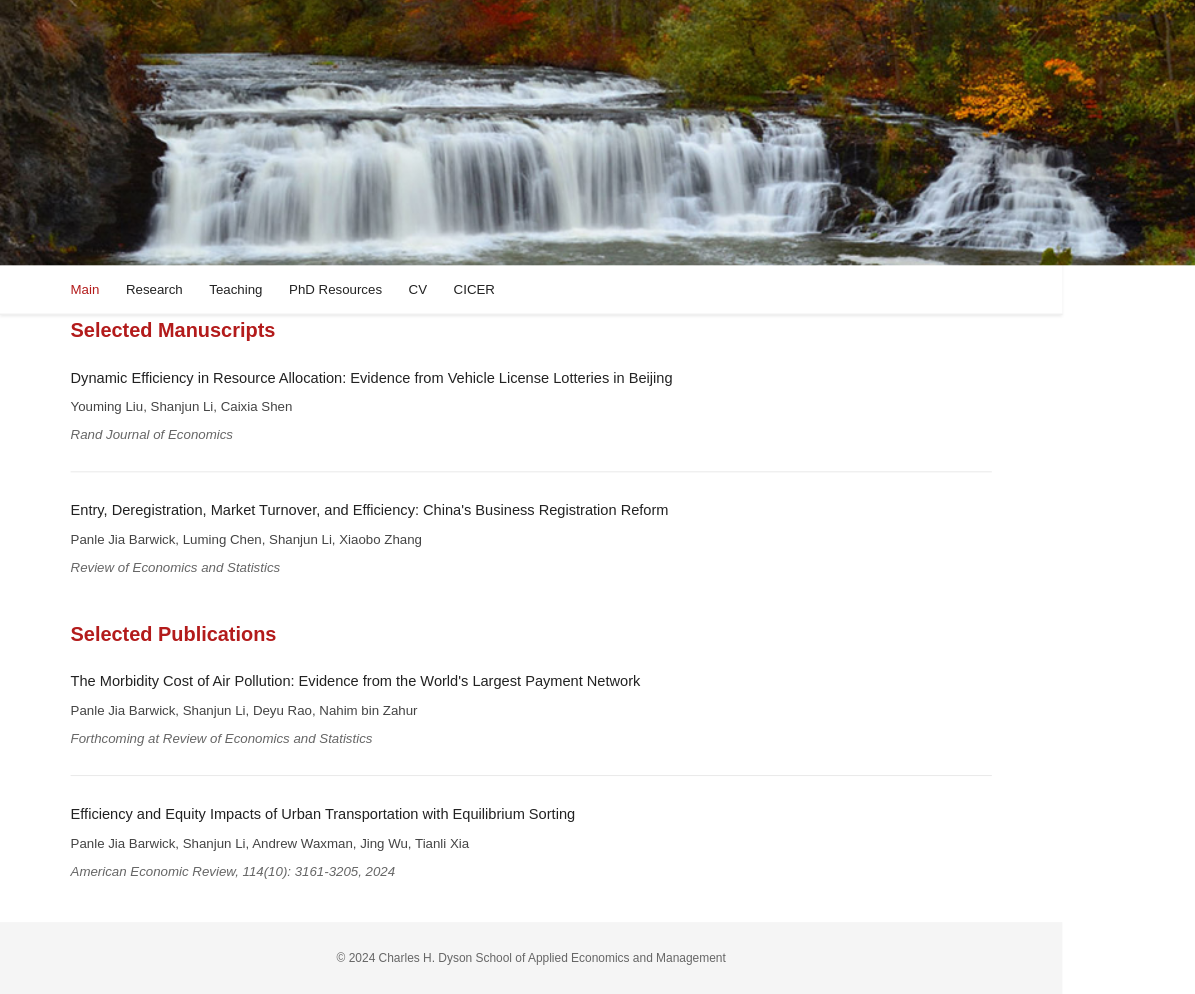
Repository: huang-heavenly-Emperor/k1_project
Page: index.html
These files come from the project's save history. The page is drawn as it stood at one moment and after a run of saves; the edit follows.
The browser window is 1280 px wide. The page is 1440 px wide, so the pictures cover 1440 px, including what lies to the right of the window. The pictures show the whole page, at 83% of full size.

Above is the page before, as saved 2024-11-17 04:57:02.

### index.html
<!DOCTYPE html>
<html lang="en">
<head>
    <meta charset="UTF-8">
    <meta name="viewport" content="width=device-width, initial-scale=1.0">
    <title>Academic Homepage</title>
    <link rel="stylesheet" href="reset.css">
    <link rel="stylesheet" href="index.css">
</head>
<body>
    <header>
        <div class="banner">
            <img src="./images/Waterfall.jpg" alt="Scenic waterfall with autumn foliage">
        </div>
        <nav>
            <div class="container">
                <ul>
                    <li><a href="./page2.html" class="active">Main</a></li>
                    <li><a href="./research.html">Research</a></li>
                    <li><a href="#">Teaching</a></li>
                    <li><a href="#">PhD Resources</a></li>
                    <li><a href="#">CV</a></li>
                    <li><a href="#">CICER</a></li>
                </ul>
            </div>
        </nav>
    </header>

    <main class="container">
        <section class="manuscripts">
            <h2>Selected Manuscripts</h2>
            <ul>
                <li>
                    <p class="title">Dynamic Efficiency in Resource Allocation: Evidence from Vehicle License Lotteries in Beijing</p>
                    <p class="authors">Youming Liu, Shanjun Li, Caixia Shen</p>
                    <p class="journal">Rand Journal of Economics</p>
                </li>
                <li>
                    <p class="title">Entry, Deregistration, Market Turnover, and Efficiency: China's Business Registration Reform</p>
                    <p class="authors">Panle Jia Barwick, Luming Chen, Shanjun Li, Xiaobo Zhang</p>
                    <p class="journal">Review of Economics and Statistics</p>
                </li>
            </ul>
        </section>

        <section class="publications">
            <h2>Selected Publications</h2>
            <ul>
                <li>
                    <p class="title">The Morbidity Cost of Air Pollution: Evidence from the World's Largest Payment Network</p>
                    <p class="authors">Panle Jia Barwick, Shanjun Li, Deyu Rao, Nahim bin Zahur</p>
                    <p class="journal">Forthcoming at Review of Economics and Statistics</p>
                </li>
                <li>
                    <p class="title">Efficiency and Equity Impacts of Urban Transportation with Equilibrium Sorting</p>
                    <p class="authors">Panle Jia Barwick, Shanjun Li, Andrew Waxman, Jing Wu, Tianli Xia</p>
                    <p class="journal">American Economic Review, 114(10): 3161-3205, 2024</p>
                </li>
            </ul>
        </section>
    </main>

    <footer>
        <div class="container">
            <p>© 2024 Charles H. Dyson School of Applied Economics and Management</p>
        </div>
    </footer>
</body>
</html>

### reset.css
/* Reset CSS */
*, *::before, *::after {
    margin: 0;
    padding: 0;
    box-sizing: border-box;
}

html, body {
    height: 100%;
    font-size: 16px;
    line-height: 1.5;
    -webkit-font-smoothing: antialiased;
    -moz-osx-font-smoothing: grayscale;
}

body {
    font-family: Arial, sans-serif;
    color: #333;
}

ul, ol {
    list-style: none;
}

a {
    text-decoration: none;
    color: inherit;
}

img {
    max-width: 100%;
    height: auto;
    display: block;
}

button, input, select, textarea {
    font: inherit;
    color: inherit;
}

h1, h2, h3, h4, h5, h6 {
    font-size: inherit;
    font-weight: inherit;
}

### index.css
/* Base Styles */
:root {
  --primary-color: #B31B1B;
  --text-color: #222;
  --link-color: #0076BB;
  --background-color: #fff;
  --border-color: #e5e5e5;
}

body {
  font-family: Arial, sans-serif;
  line-height: 1.6;
  color: var(--text-color);
  background-color: var(--background-color);
}

.container {
  max-width: 1150px;
  padding: 0 20px;
  margin: 0 auto;
}

/* Header Styles */
header {
  position: relative;
  box-shadow: 0 2px 4px rgba(0, 0, 0, 0.1);
}

.banner {
  width: 1440px;
  height: 320px;
  margin: 0 auto;
  overflow: hidden;
  position: relative;
}

.banner img {
  width: 100%;
  height: 100%;
  object-fit: cover;
}

/* Navigation Styles */
nav {
  background-color: var(--background-color);
  border-bottom: 1px solid var(--border-color);
}

nav ul {
  display: flex;
  justify-content: flex-start;
  gap: 2rem;
  padding: 1rem 0;
  list-style: none;
}

nav a {
  text-decoration: none;
  color: var(--text-color);
  font-weight: 500;
  padding: 0.5rem 0;
  transition: color 0.3s;
}

nav a:hover,
nav a.active {
  color: var(--primary-color);
}

/* Main Content Styles */
main {
  padding: 3rem 0;
}

section {
  margin-bottom: 3rem;
}

h2 {
  font-size: 1.5rem;
  font-weight: 600;
  margin-bottom: 1.5rem;
  color: var(--primary-color);
}

.manuscripts ul,
.publications ul {
  list-style: none;
  display: flex;
  flex-direction: column;
  gap: 2rem;
}

.manuscripts li,
.publications li {
  padding-bottom: 2rem;
  border-bottom: 1px solid var(--border-color);
}

.manuscripts li:last-child,
.publications li:last-child {
  border-bottom: none;
  padding-bottom: 0;
}

.title {
  font-size: 1.1rem;
  font-weight: 500;
  margin-bottom: 0.5rem;
}

.authors {
  color: #444;
  margin-bottom: 0.5rem;
}

.journal {
  color: #666;
  font-style: italic;
}

/* Footer Styles */
footer {
  background-color: #f5f5f5;
  padding: 2rem 0;
  text-align: center;
  font-size: 0.9rem;
  color: #666;
}

/* Responsive Design */
@media (max-width: 768px) {
  .banner {
    height: 300px;
  }

  nav ul {
    flex-wrap: wrap;
    justify-content: center;
    gap: 1rem;
  }

  h2 {
    font-size: 1.3rem;
  }

  .title {
    font-size: 1rem;
  }
}

@media (max-width: 480px) {
  .banner {
    height: 200px;
  }

  .manuscripts ul,
  .publications ul {
    gap: 1.5rem;
  }

  .manuscripts li,
  .publications li {
    padding-bottom: 1.5rem;
  }
}

After the next 3 saves:
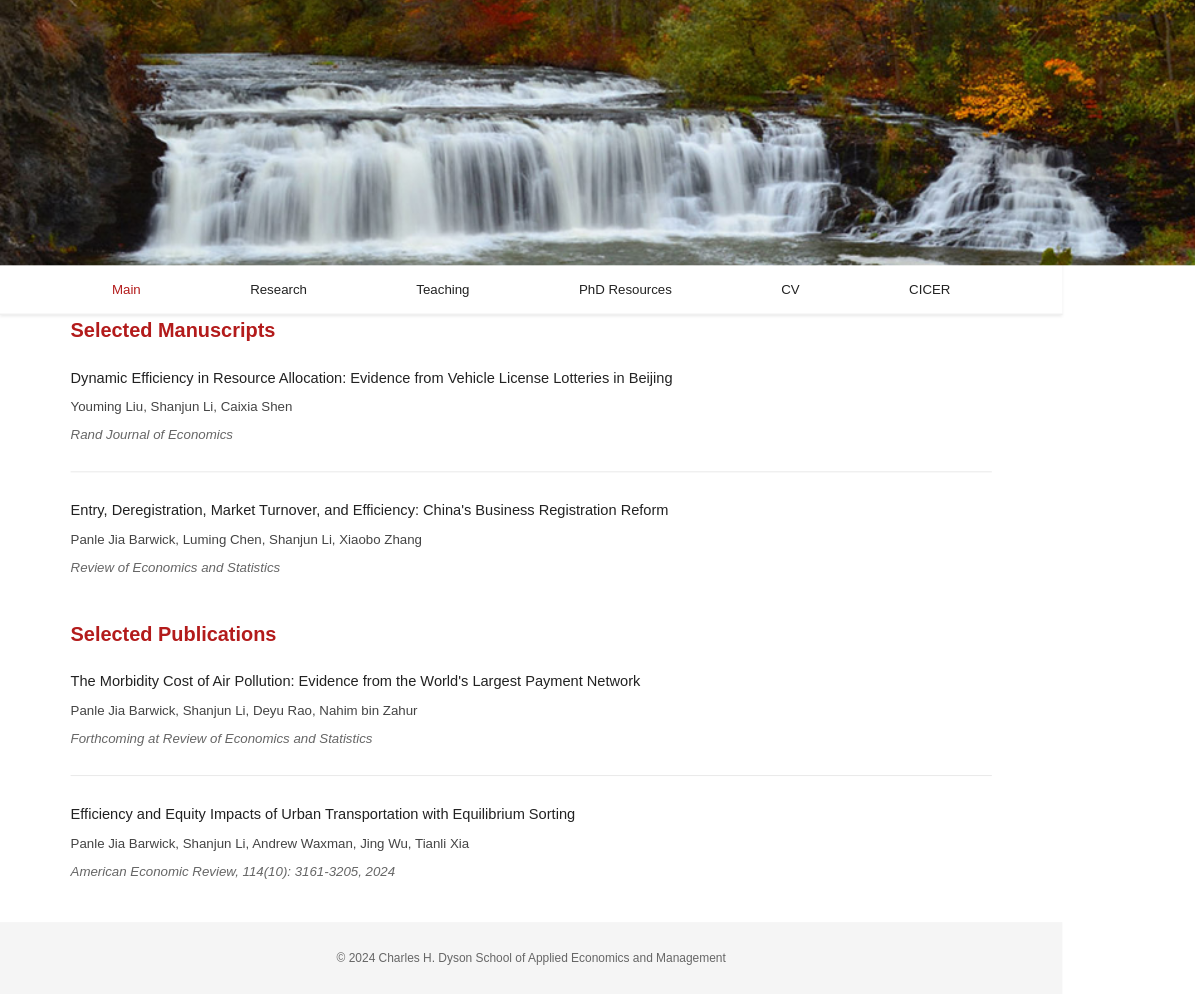
The 3 saves are shown as one change because they came seconds apart.
The last was saved 83 s later.
--- a/index.css
+++ b/index.css
@@ -48,7 +48,7 @@ nav {
 
 nav ul {
   display: flex;
-  justify-content: flex-start;
+  justify-content: space-around;
   gap: 2rem;
   padding: 1rem 0;
   list-style: none;
